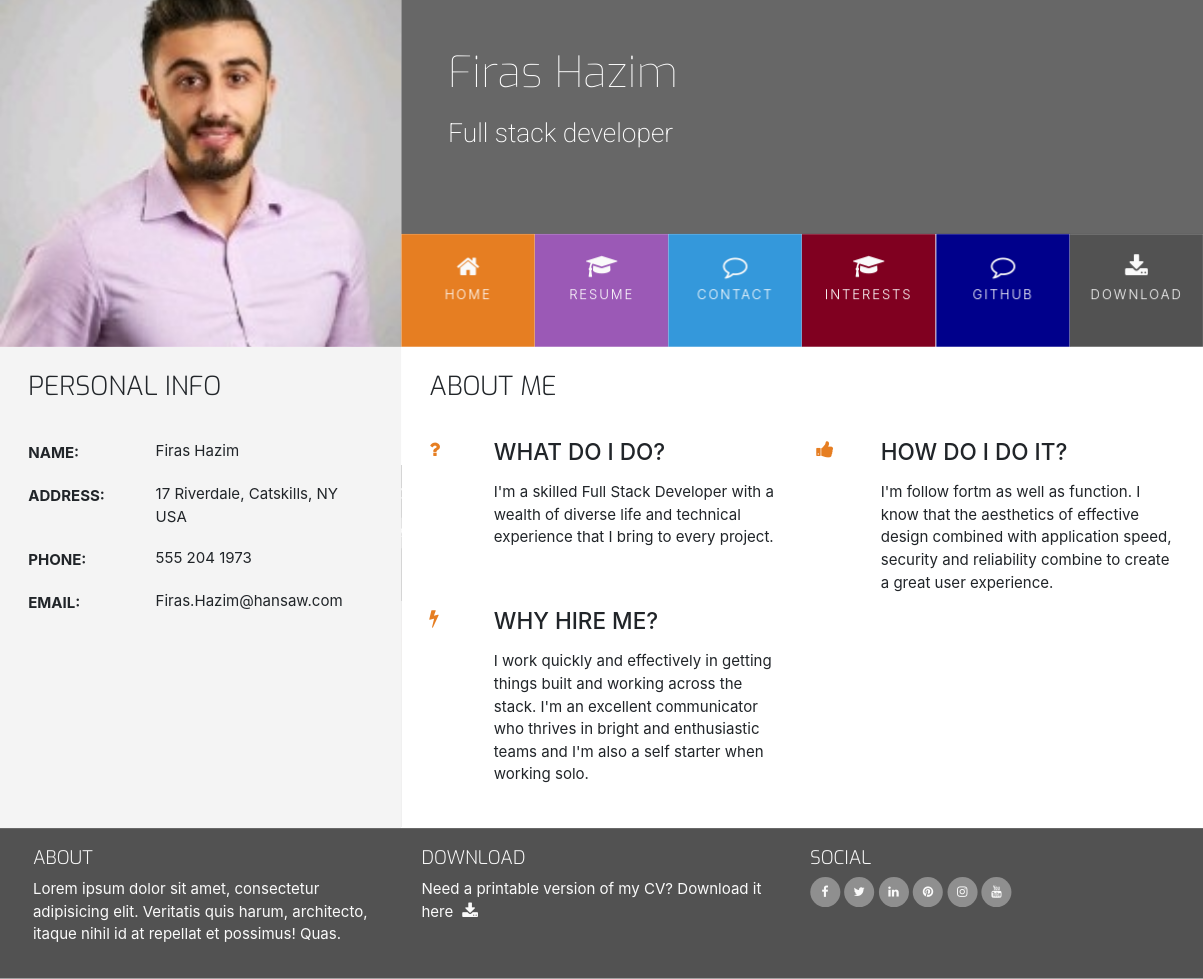
Repository: FirasH94/ResumeProject
Page: index.html
The author's editor kept a record of every edit. The page is drawn from the files as they stood at one moment, then again after the next edit.
The browser window is 1280 px wide. The pictures show the whole page, at 94% of full size.

Above is the page before.

After the next edit:
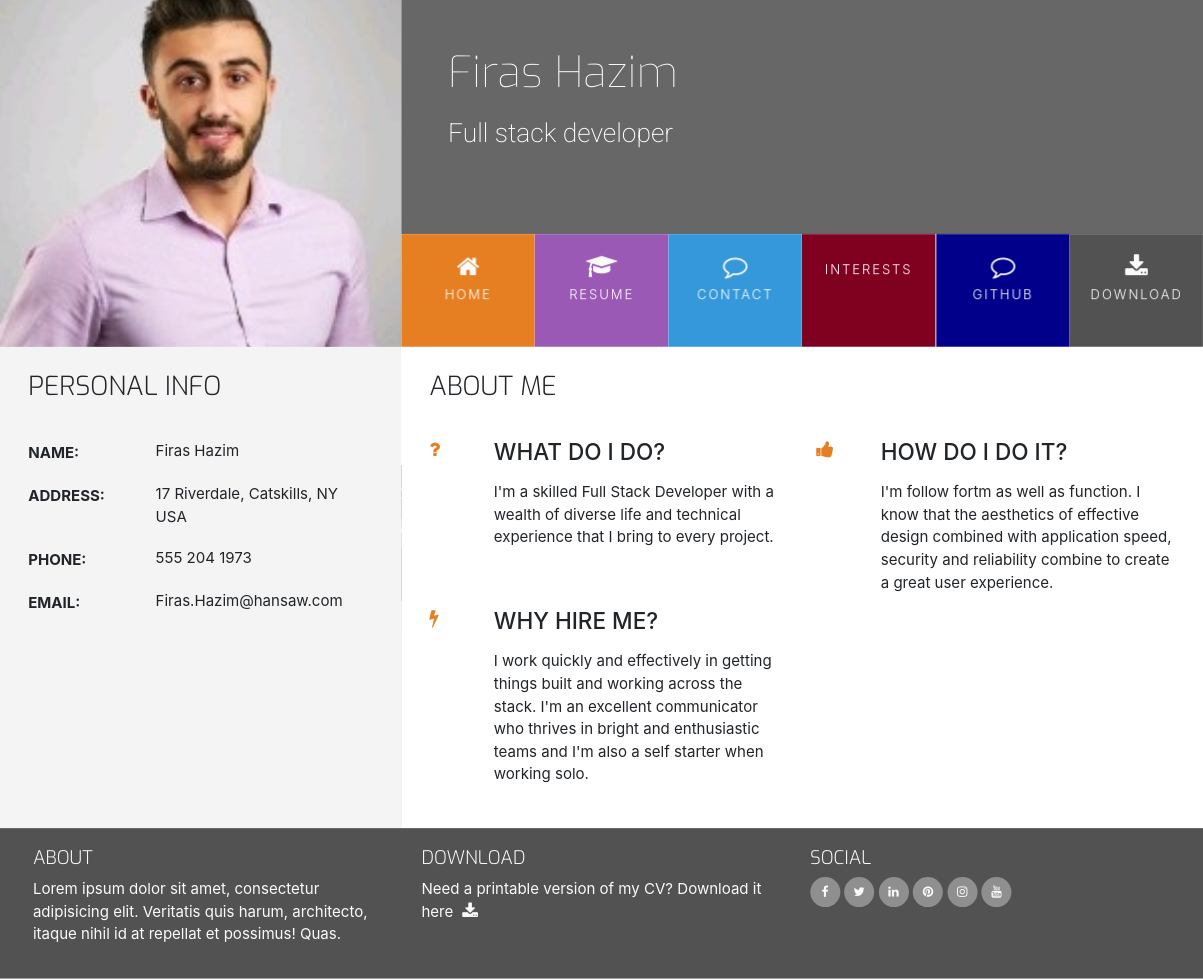
The edit:
--- a/index.html
+++ b/index.html
@@ -36,7 +36,7 @@
                                 <a href="contact.html"><i class="fa fa-comment-o" aria-hidden="true"></i><span>Contact</span></a>
                             </li>
                             <li class="col-6 col-sm-2 ui-menu-color-interests list-inline-item menuitem hvr-sweep-to-bottom">
-                                <a href="resume.html"><i class="fa fa-graduation-cap" aria-hidden="true"></i><span>Interests</span></a>
+                                <a href="resume.html"><i class="fa fa-graduation-users" aria-hidden="true"></i><span>Interests</span></a>
                             </li>
                             <li class="col-6 col-sm-2 ui-menu-color-github list-inline-item menuitem hvr-sweep-to-bottom">
                                 <a href="contact.html"><i class="fa fa-comment-o" aria-hidden="true"></i><span>Github</span></a>
